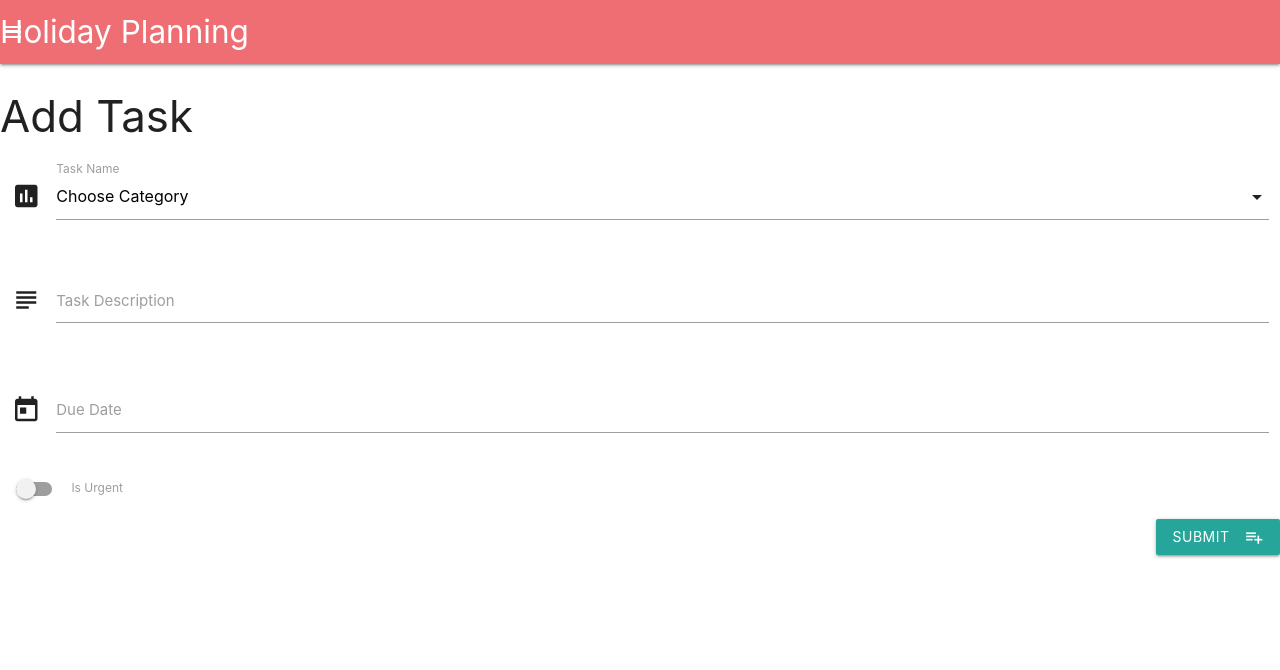
Repository: Code-Institute-Submissions/Project3-Holiday_Planning
Page: http://localhost/add_task
The author's editor kept a record of every edit. The page is drawn from the files as they stood at one moment, then again after the next edit.
The browser window is 1280 px wide. The pictures show the whole page.
The page is served by the project's application, run on Flask 3 (app.py). Queries for data that is not in the repository find no rows.

Above is the page before.

After the next edit:
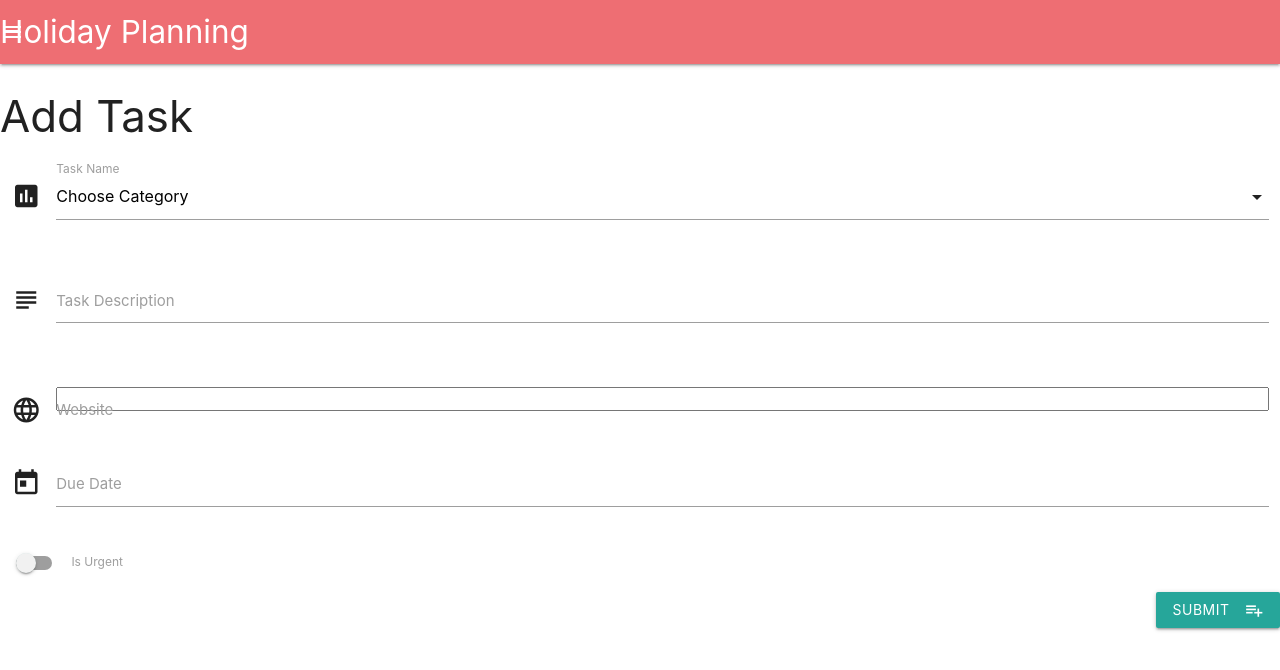
The edit:
--- a/templates/addTask.html
+++ b/templates/addTask.html
@@ -34,6 +34,15 @@
         </div>
 
 
+        <div class="row">
+            <div class="input-field col s12">
+                <i class="material-icons prefix">language</i>
+                <input id="website" type="website" class="validate">
+                <label for="icon_telephone">Website</label>
+            </div>
+        </div>
+
+
 
         <!--put the datepicker initialization in layout.html-->
         <div class="row">
